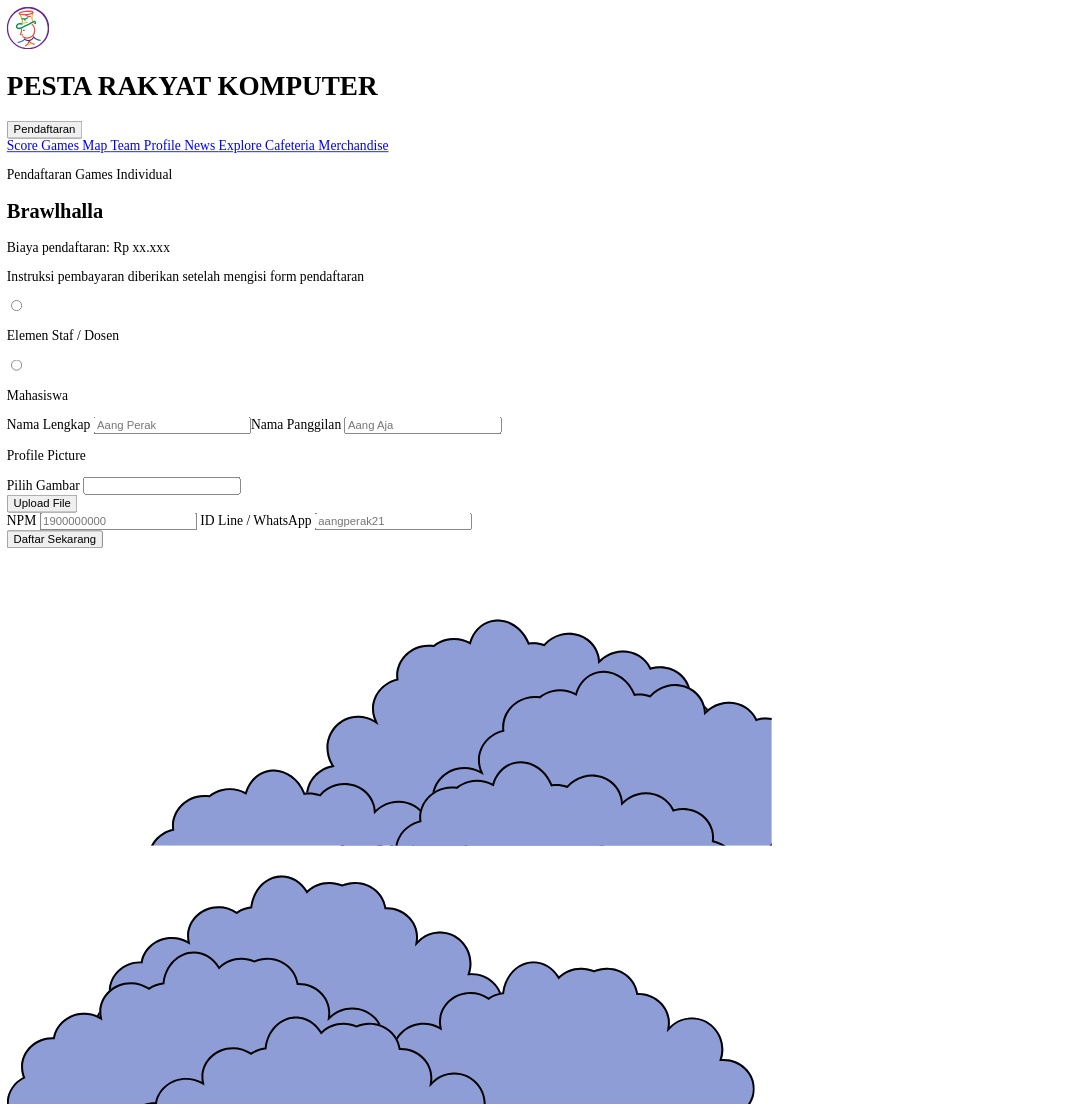
Repository: risalstrr/RegistPerak
Page: /
An editor plug-in stored every save of this project. The page is shown before and after the next save, followed by the edit.
The browser window is 1280 px wide. The pictures show the whole page, at 85% of full size.
The project was rebuilt for these pictures with package versions that can differ from the ones it lists, and the page was loaded fresh each time. The framework's server and built-in components were replaced by stand-ins that run in the browser. Also part of the build but not shown: next.config.js.

Above is the page before, as saved 2021-12-31 00:40:39.

### pages/index.js
import Head from 'next/head'
import Image from 'next/image'
import { useState } from 'react'
// import styles from '../styles/Home.module.css'

export default function Home() {
    const [isMobile, setIsMobile] = useState(false)
    return ( <
        div className = "bg-[#EBC761] w-full h-full font-['Montserrat']" >
        <
        Head >
        <
        title > Homepage Pendaftaran < /title> <
        /Head> <
        div className = ' flex flex-col lg:flex-row bg-[#F1D78E]' >
        <
        div className = 'bg-[#F1D78E] border-b lg:border-b-0 flex items-center justify-between' >
        <
        div className = 'flex items-center' >
        <
        div className = 'relative pt-2 pl-2' >
        <
        Image src = "/logoPerak.svg"
        width = { 50 }
        height = { 50 }
        alt = "logoPerak" /
        >
        <
        /div> <
        div className = "text-sm md:pr-10 pl-3 font-bold " >
        <
        h1 > PESTA RAKYAT KOMPUTER < /h1> <
        /div> <
        /div> <
        div className = 'pr-5 block lg:hidden' >
        <
        button className = 'font-bold font-sans'
        onClick = {
            () => setIsMobile(true) } > Pendaftaran < /button> <
        /div> <
        /div> <
        div className = 'lg:flex flex-col lg:flex-row justify-end bg-[#F1D78E] w-full py-4 lg:py-0 hidden md:hidden' >
        <
        div className = ' flex flex-col lg:flex-row' >
        <
        a href = "#"
        className = "block px-4 py-3 lg:py-4 text-sm font-bold " > Score < /a> <
        a href = "#"
        className = "block px-4 py-3 lg:py-4 text-sm font-bold " > Games Map < /a> <
        a href = "#"
        className = "block px-4 py-3 lg:py-4 text-sm font-bold " > Team Profile < /a> <
        a href = "#"
        className = "block px-4 py-3 lg:py-4 text-sm font-bold " > News < /a> <
        a href = "#"
        className = "block px-4 py-3 lg:py-4 text-sm font-bold " > Explore Cafeteria < /a> <
        a href = "#"
        className = "block px-4 py-3 lg:py-4 text-sm font-bold " > Merchandise < /a> <
        /div> <
        /div> <
        /div>   <
        div className = "pl-10 pr-10 pt-10 text-[#6A7CC8] text-[50px] font-extrabold" >
        <
        p > Pendaftaran Games Individual < /p> <
        /div> <
        div className = "pl-10 text-white text-[28px] font-['MADE Sunflower'] font-[900]" >
        <
        h2 > Brawlhalla < /h2> <
        /div> <
        div className = "pl-10 pt-5 text-black text-[15px] font-extrabold" >
        <
        p > Biaya pendaftaran: Rp xx.xxx < /p> <
        /div> <
        div className = "pl-10 pr-10 text-black text-[10px] " >
        <
        p > Instruksi pembayaran diberikan setelah mengisi form pendaftaran < /p> <
        /div>

        <
        div className = "flex pl-10 pr-10 pt-5 pb-5 items-center " >
        <
        input type = "radio"
        className = "indeterminate:bg-gray-300 ..." / >
        <
        p className = 'mr-12' > Elemen Staf / Dosen < /p> <
        input type = "radio"
        className = "indeterminate:bg-gray-300 ..." / >
        <
        p > Mahasiswa < /p> <
        /div>

        <
        label className = "block pl-10" >
        <
        span class = "after:ml-0.5 after:text-red-500 block text-sm font-medium text-gray-700 " >
        Nama Lengkap <
        /span> <
        input type = "text"
        name = "namaLengkap"
        class = "mt-1 px-3 py-2 bg-white border shadow-sm w-4/12 border-gray-300 placeholder-gray-400 focus:outline-none focus:border-sky-500 focus:ring-sky-500 block rounded-md sm:text-sm focus:ring-1"
        placeholder = "Aang Perak" / >
        <
        /label>

        <
        label className = "block pl-10 pt-3" >
        <
        span class = "after:ml-0.5 after:text-red-500 block text-sm font-medium text-gray-700 " >
        Nama Panggilan <
        /span> <
        input type = "text"
        name = "namaPanggilan"
        class = "mt-1 px-3 py-2 bg-white border shadow-sm w-4/12 border-gray-300 placeholder-gray-400 focus:outline-none focus:border-sky-500 focus:ring-sky-500 block rounded-md sm:text-sm focus:ring-1"
        placeholder = "Aang Aja" / >
        <
        /label> <
        div className = "block pl-10 pt-3 " >
        <
        p > Profile Picture < /p> <
        /div>

        <
        div className = 'space-y-10 md:grid md:grid-cols-5 pl-10' >
        <
        div className = ' w-36 h-36 rounded-lg shadow-2xl bg-[#2E1145]' >
        <
        /div> { /* <div className='pt-10 md:flex md:flex-col'> */ } <
        label className = "pt-10 pr-10 md:flex md:flex-col" >
        <
        span class = "after:ml-0.5 after:text-red-500 block text-sm font-medium text-gray-700 " >
        Pilih Gambar <
        /span> <
        input type = "text"
        name = "pilih gambar"
        class = "mt-1 px-3 py-2 bg-white border shadow-sm w-9/12 border-gray-300 placeholder-gray-400 focus:outline-none focus:border-sky-500 focus:ring-sky-500 block rounded-md sm:text-sm focus:ring-1" / >
        <
        /label> <
        /div>

        <
        div className = 'block pl-10 pt-3' >
        <
        button className = "rounded-lg w-28 h-10 transition ease-in-out delay-150 bg-[#CC9D1A] hover:-translate-y-1 hover:scale-110 hover:bg-[#F1D78E] duration-300 ... " >
        Upload File <
        /button> <
        /div> <
        label className = "block pl-10 pt-10" >
        <
        span class = "after:ml-0.5 after:text-red-500 block text-sm font-medium text-gray-700 " >
        NPM <
        /span> <
        input type = "text"
        name = "NPM"
        class = "mt-1 px-3 py-2 bg-white border shadow-sm w-4/12 border-gray-300 placeholder-gray-400 focus:outline-none focus:border-sky-500 focus:ring-sky-500 block rounded-md sm:text-sm focus:ring-1"
        placeholder = "1900000000" / >
        <
        /label> <
        label className = "block pl-10 pt-10" >
        <
        span class = "after:ml-0.5 after:text-red-500 block text-sm font-medium text-gray-700 " >
        ID Line / WhatsApp <
        /span> <
        input type = "text"
        name = "id"
        class = "mt-1 px-3 py-2 bg-white border shadow-sm w-4/12 border-gray-300 placeholder-gray-400 focus:outline-none focus:border-sky-500 focus:ring-sky-500 block rounded-md sm:text-sm focus:ring-1"
        placeholder = "aangperak21" / >
        <
        /label>

        <
        div className = 'block pl-10 pt-10 pb-20' >
        <
        button className = "rounded-lg lg:w-4/12 lg:h-10 w-5/12 h-12 transition ease-in-out delay-150 bg-[#028F4D] hover:-translate-y-1 hover:scale-110 hover:bg-[#03F182] duration-300 ..." >
        Daftar Sekarang <
        /button> <
        /div>

        {
            /* <div className='absolute top-40 right-80'>
                    <Image
                      src="/kuning.svg"
                      width = {330}
                      height = {300}
                      alt = "kuning"
                    />
                  </div> */
        } <
        div className = 'hidden lg:block lg:absolute -bottom-14 right-0' >
        <
        Image src = "/rightcloud.svg"
        width = { 900 }
        height = { 350 }
        alt = "cloud" /
        >

        <
        /div> <
        div className = 'hidden lg:block lg:absolute -bottom-14 -left-6' >
        <
        Image src = "/leftcloud.svg"
        width = { 880 }
        height = { 300 }
        alt = "cloud" /
        >

        <
        /div> {
            /* <div className='lg:block lg:absolute top-10 right-0'>
                    <Image
                      src="/biru.svg"
                      width = {270}
                      height = {240}
                      alt = "biru"
                    />
                  </div>  */
        } <
        /div>
    )
}

After the next save:
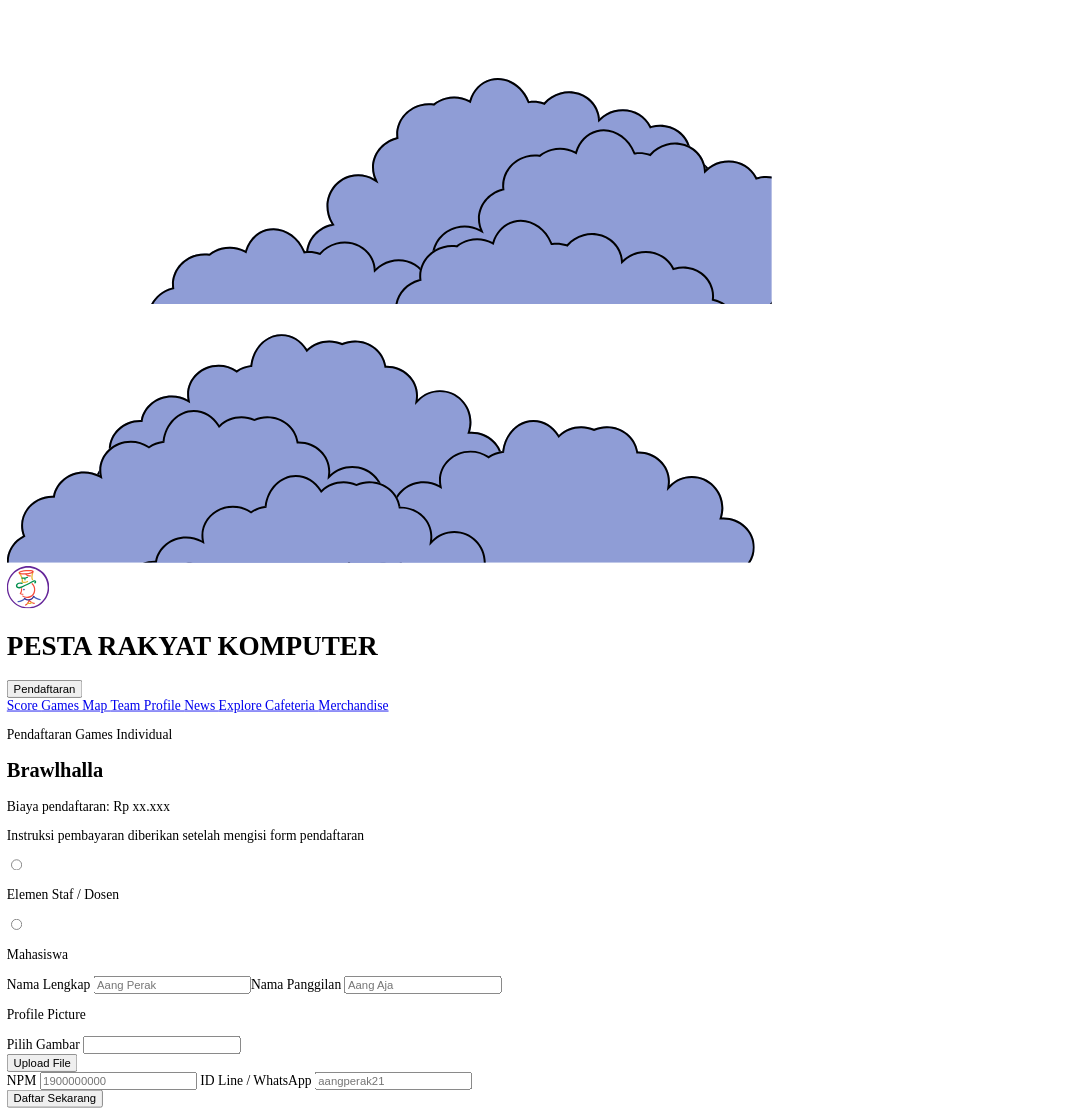
Saved 37 s later.
--- a/pages/index.js
+++ b/pages/index.js
@@ -14,6 +14,26 @@
         /Head> <
         div className = ' flex flex-col lg:flex-row bg-[#F1D78E]' >
         <
+        div className = 'hidden lg:block lg:absolute -bottom-14 right-0' >
+        <
+        Image src = "/rightcloud.svg"
+        width = { 900 }
+        height = { 350 }
+        alt = "cloud" /
+        >
+
+        <
+        /div> <
+        div className = 'hidden lg:block lg:absolute -bottom-14 -left-6' >
+        <
+        Image src = "/leftcloud.svg"
+        width = { 880 }
+        height = { 300 }
+        alt = "cloud" /
+        >
+
+        <
+        /div> <
         div className = 'bg-[#F1D78E] border-b lg:border-b-0 flex items-center justify-between' >
         <
         div className = 'flex items-center' >
@@ -183,27 +203,7 @@
                       alt = "kuning"
                     />
                   </div> */
-        } <
-        div className = 'hidden lg:block lg:absolute -bottom-14 right-0' >
-        <
-        Image src = "/rightcloud.svg"
-        width = { 900 }
-        height = { 350 }
-        alt = "cloud" /
-        >
-
-        <
-        /div> <
-        div className = 'hidden lg:block lg:absolute -bottom-14 -left-6' >
-        <
-        Image src = "/leftcloud.svg"
-        width = { 880 }
-        height = { 300 }
-        alt = "cloud" /
-        >
-
-        <
-        /div> {
+        } {
             /* <div className='lg:block lg:absolute top-10 right-0'>
                     <Image
                       src="/biru.svg"
